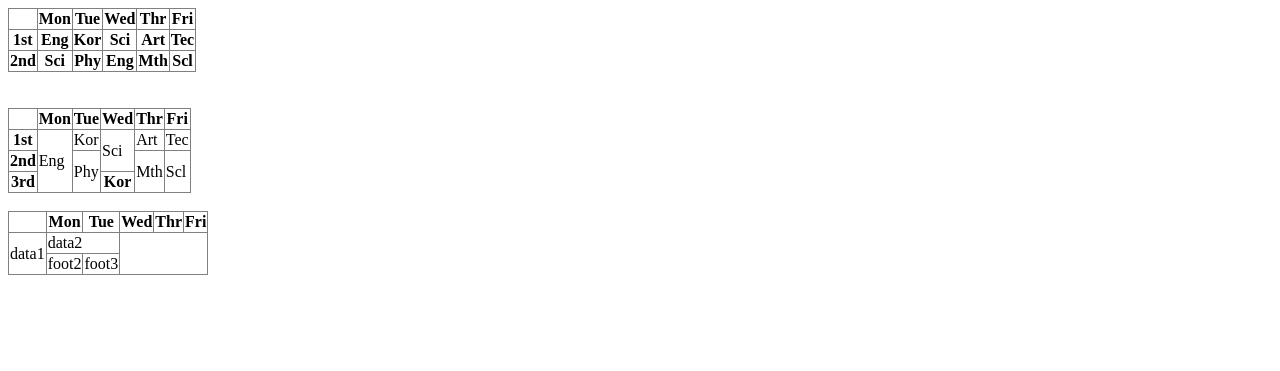
Repository: LucestDail/WebEclipse-Workspace
Page: htmlProject/WebContent/Test1.html
An editor plug-in stored every save of this project. The page is shown before and after the next save, followed by the edit.
The browser window is 1280 px wide. The pictures show the whole page.

Above is the page before, as saved 2020-11-05 06:56:40.

### htmlProject/WebContent/Test1.html
<!DOCTYPE html>
<html>
<head>
<meta charset="UTF-8">
<title>Insert title here</title>
</head>
<body>
<table border = "1" style = "border-collapse :collapse;">
<tr>
	<th></th>
	<th>Mon</th>
	<th>Tue</th>
	<th>Wed</th>
	<th>Thr</th>
	<th>Fri</th>
</tr>
<tr>
	<th>1st</th>
	<th>Eng</th>
	<th>Kor</th>
	<th>Sci</th>
	<th>Art</th>
	<th>Tec</th>
</tr>
<tr>
	<th>2nd</th>
	<th>Sci</th>
	<th>Phy</th>
	<th>Eng</th>
	<th>Mth</th>
	<th>Scl</th>
</tr>
</table>


<table border = "1" style = "border-collapse :collapse;">
<tr>
	<th></th>
	<th>Mon</th>
	<th>Tue</th>
	<th>Wed</th>
	<th>Thr</th>
	<th>Fri</th>
</tr>
<br>
<tr>
	<th>1st</th>
	<td rowspan = "3">Eng</td>
	<td>Kor</td>
	<td rowspan = "2">Sci</td>
	<td>Art</td>
	<td>Tec</td>
</tr>
<br>
<tr>
	<th>2nd</th>
	<td rowspan = "2">Phy</td>
	<td rowspan = "2">Mth</td>
	<td rowspan = "2">Scl</td>
</tr>
<tr>
	<th>3rd</th>
	<th>Kor</th>
</tr>
</table>

<br>
<table border = "1" style = "border-collapse :collapse;">
<tr>
	<th></th>
	<th>Mon</th>
	<th>Tue</th>
	<th>Wed</th>
	<th>Thr</th>
	<th>Fri</th>
</tr>
<tr>
	<td rowspan = "2">data1</td>
	<td colspan = "2">data2</td>
</tr>
<tr><td>foot2</td><td>foot3</td></tr>
</table>


</body>
</html>

After the next save:
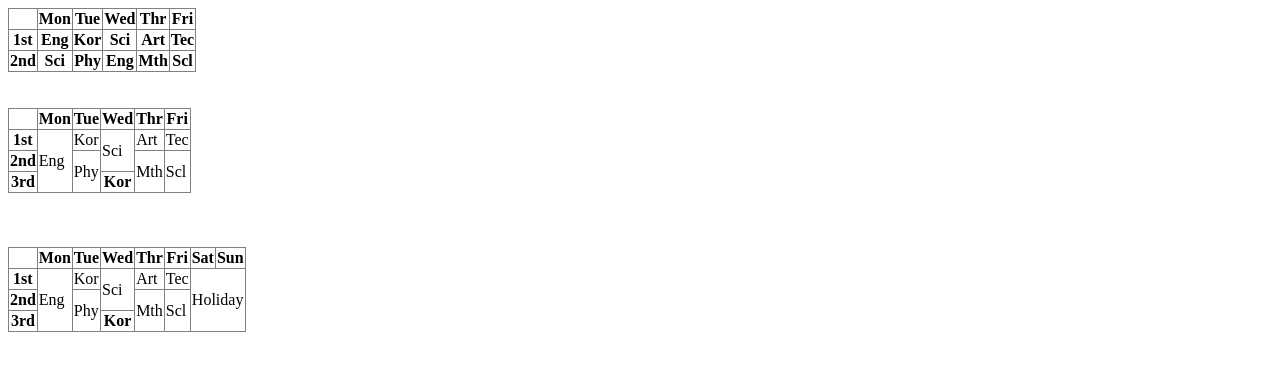
Saved 3 min 40 s later.
--- a/htmlProject/WebContent/Test1.html
+++ b/htmlProject/WebContent/Test1.html
@@ -63,8 +63,8 @@
 	<th>Kor</th>
 </tr>
 </table>
+<br>
 
-<br>
 <table border = "1" style = "border-collapse :collapse;">
 <tr>
 	<th></th>
@@ -73,14 +73,31 @@
 	<th>Wed</th>
 	<th>Thr</th>
 	<th>Fri</th>
+	<th>Sat</th>
+	<th>Sun</th>
+</tr>
+<br>
+<tr>
+	<th>1st</th>
+	<td rowspan = "3">Eng</td>
+	<td>Kor</td>
+	<td rowspan = "2">Sci</td>
+	<td>Art</td>
+	<td>Tec</td>
+	<td colspan = "2" rowspan = "3" align = "center">Holiday</td>
+</tr>
+<br>
+<tr>
+	<th>2nd</th>
+	<td rowspan = "2">Phy</td>
+	<td rowspan = "2">Mth</td>
+	<td rowspan = "2">Scl</td>
 </tr>
 <tr>
-	<td rowspan = "2">data1</td>
-	<td colspan = "2">data2</td>
+	<th>3rd</th>
+	<th>Kor</th>
 </tr>
-<tr><td>foot2</td><td>foot3</td></tr>
 </table>
-
 
 </body>
 </html>
